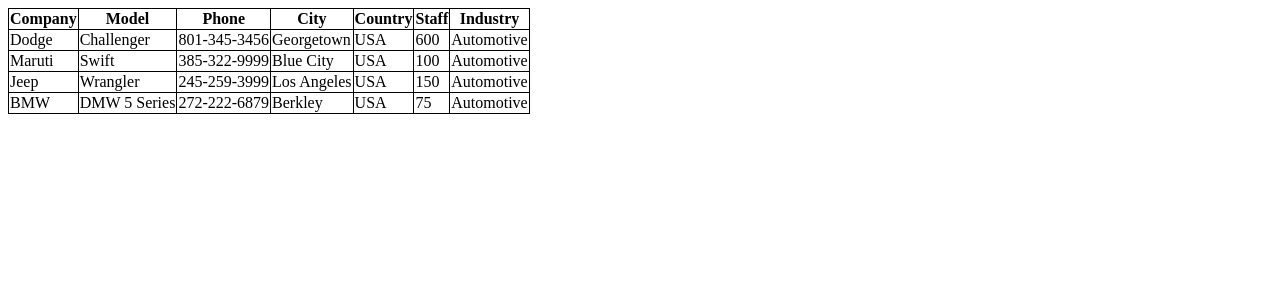
Repository: vgoins-RA2022/HTML-2
Page: index.html
The author's editor kept a copy of each file at every save. The page is drawn from the files as they stood at one save, then again after the next save.
The browser window is 1280 px wide. The pictures show the whole page.

Above is the page before, as saved 2023-01-21 22:20:18.

After the next save:
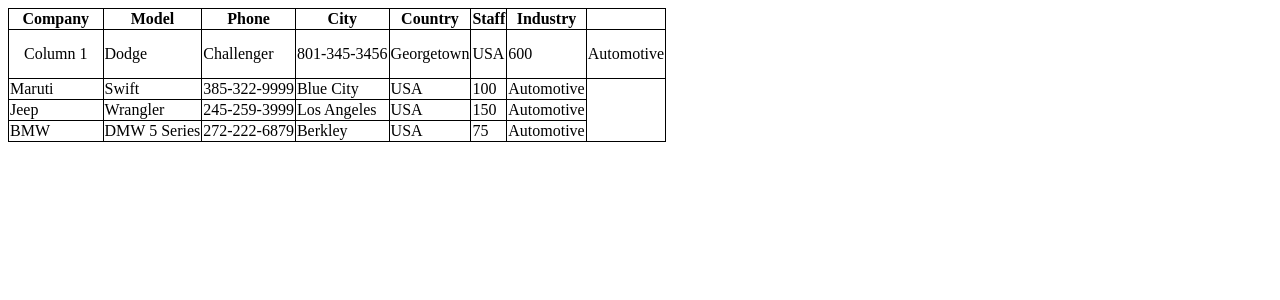
Saved 74 s later.
--- a/index.html
+++ b/index.html
@@ -26,7 +26,7 @@
     <tbody>
       <tr>
         <!--Beginning table data  -->
-
+        <td class="table-cell-padding">Column 1</td>
         <td>Dodge</td>
         <td>Challenger</td>
         <td>801-345-3456</td>
